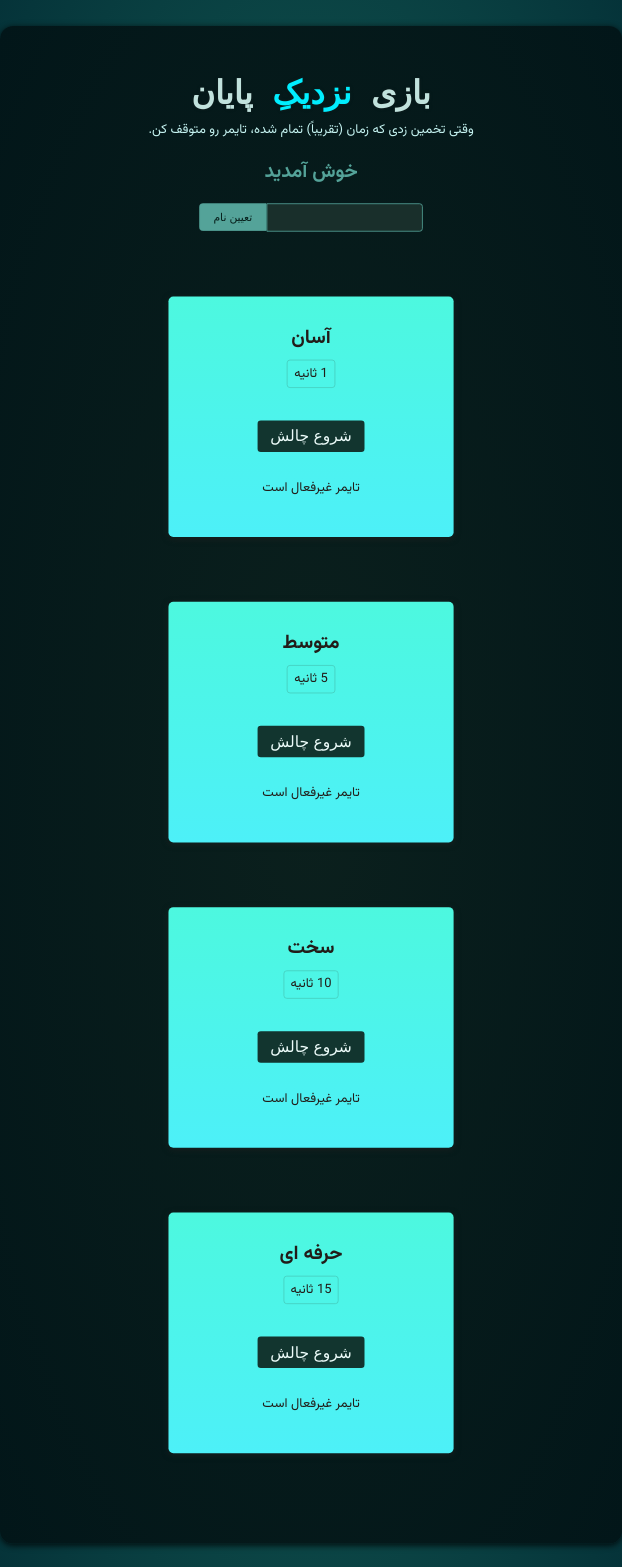
Repository: H-ala/react-near-end
Page: /
An editor plug-in stored every save of this project. The page is shown before and after the next save, followed by the edit.
The browser window is 768 px wide. The pictures show the whole page, at 81% of full size.
The project was rebuilt for these pictures with package versions that can differ from the ones it lists, and the page was loaded fresh each time. Also part of the build but not shown: vite.config.js.

Above is the page before, as saved 2025-10-21 19:49:42.

### index.html
<!DOCTYPE html>
<html lang="en">

<head>
  <meta charset="UTF-8" />
  <link rel="icon" type="image/svg+xml" href="/vite.svg" />
  <meta name="viewport" content="width=device-width, initial-scale=1.0" />
  <title>Refs & Portals</title>
</head>

<body>
  <div id="modal"></div>
  <div id="content">
    <header>
      <h1>بازی <em>نزدیکِ</em> پایان</h1>
      <p>وقتی تخمین زدی که زمان (تقریباً) تمام شده، تایمر رو متوقف کن.</p>
    </header>
    <div id="root"></div>
  </div>
  <script type="module" src="/src/main.jsx"></script>
</body>

</html>

### src/App.jsx
import Player from "./components/Player.jsx";
import TimerChallenge from "./components/TimerChallenge.jsx";

function App() {
  return (
    <>
      <Player />
      <div id="challenges">
        <TimerChallenge title="آسان" targetTime={1} />
        <TimerChallenge title="متوسط" targetTime={5} />
        <TimerChallenge title="سخت" targetTime={10} />
        <TimerChallenge title="حرفه ای" targetTime={15} />
      </div>
    </>
  );
}

export default App;

### src/index.css
@import url("https://fonts.googleapis.com/css2?family=Vazirmatn:wght@400;700&display=swap");

* {
  box-sizing: border-box;
}

body {
  margin: 0;
  font-family: "Vazirmatn", sans-serif;
  -webkit-font-smoothing: antialiased;
  -moz-osx-font-smoothing: grayscale;
  background: radial-gradient(#186a5e, #053339);
  color: #e1eeeb;
  direction: rtl;
  min-height: 100vh;
}

#content {
  max-width: 60rem;
  margin: 2rem auto;
  padding: 2rem;
  background: radial-gradient(#0b201d, #021619);
  border-radius: 16px;
  box-shadow: 0 2px 8px rgba(0, 0, 0, 0.8);
}

h1 {
  font-family: "Handjet", monospace;
  text-align: center;
  text-transform: uppercase;
  color: #c1e2dd;
  text-shadow: 0 0 4px rgba(35, 34, 34, 0.4);
  font-size: 3.5rem;
  margin-bottom: 0.5rem;
}

h1 em {
  font-style: normal;
  color: #00eeff;
}

header p {
  font-size: 1.2rem;
  margin: 0;
  text-align: center;
  color: #c6f4f2;
}

#player {
  text-align: center;
}

#player h2 {
  color: #54a399;
}

#player p {
  display: flex;
  justify-content: center;
  align-items: center;
}

#player input {
  font: inherit;
  border: 1px solid #54a399;
  background-color: #192f2b;
  border-radius: 4px;
  border-top-left-radius: 0;
  border-bottom-left-radius: 0;
  padding: 0.25rem;
  color: #d1f0ec;
}

#player button {
  cursor: pointer;
  background-color: #54a399;
  border: 1px solid #54a399;
  padding: 0.55rem 1rem;
  color: #061e1a;
  border-top-left-radius: 4px;
  border-bottom-left-radius: 4px;
}

#player button:hover {
  background-color: #3c8379;
  border-color: #3c8379;
}

#challenges {
  max-width: 50rem;
  margin: 3rem auto;
  display: flex;
  flex-wrap: wrap;
  gap: 2rem;
}

.challenge {
  width: 22rem;
  display: flex;
  flex-direction: column;
  align-items: center;
  justify-content: center;
  padding: 2rem;
  margin: 2rem auto;
  background: linear-gradient(#4df8df, #4df0f8);
  color: #221c18;
  box-shadow: 0 2px 8px rgba(35, 34, 34, 0.6);
  border-radius: 6px;
}

.challenge button {
  margin-top: 1rem;
  padding: 0.5rem 1rem;
  border: none;
  border-radius: 4px;
  background: #12352f;
  color: #edfcfa;
  font-size: 1.2rem;
  cursor: pointer;
}

.challenge button:hover {
  background: #051715;
}

.challenge h2 {
  font-size: 1.5rem;
  margin: 0;
  text-align: center;
  color: #221c18;
}

.challenge-time {
  border: 1px solid #46cebe;
  border-radius: 4px;
  padding: 0.25rem 0.5rem;
  margin: 0.5rem;
}

.challenge .active {
  animation: flash 1s infinite;
}

.result-modal {
  border: none;
  border-radius: 8px;
  padding: 2rem;
  background-color: #d7fcf8;
}

.result-modal[open] {
  animation: slide-in-from-top 0.35s ease-out;
}

.result-modal::backdrop {
  background: rgba(0, 0, 0, 0.9);
}

.result-modal h2 {
  font-family: "Handjet", monospace;
  margin: 0 0 0.25rem 0;
  font-size: 3rem;
  text-transform: uppercase;
}

.result-modal progress {
  width: 100%;
  height: 1.5rem;
  margin: 0;
  accent-color: #46cebe;
}

.result-modal p {
  margin: 0.5rem 0;
  font-size: 1.2rem;
}

.result-modal p strong {
  color: #10655b;
}

.result-modal form {
  text-align: right;
}

.result-modal button {
  margin-top: 1rem;
  padding: 0.5rem 1rem;
  border: none;
  border-radius: 4px;
  background: #12352f;
  color: #edfcfa;
  font-size: 1.2rem;
  cursor: pointer;
}

.result-modal button:hover {
  background: #051715;
}

@keyframes slide-in-from-top {
  0% {
    transform: translateY(-15%);
    opacity: 0;
  }
  100% {
    transform: translateY(0);
    opacity: 1;
  }
}

@keyframes flash {
  0% {
    opacity: 0.5;
  }
  50% {
    opacity: 1;
  }
  100% {
    opacity: 0.5;
  }
}

@media (max-width: 768px) {
  h1 {
    font-size: 2.5rem;
  }

  header p {
    font-size: 1rem;
  }

  #challenges {
    gap: 1rem;
  }
}

### src/components/Player.jsx
import { useState, useRef } from "react";

export default function Player() {
  const playerName = useRef();
  const [enteredPlayerName, setEnteredPlayerName] = useState("");

  function handleClick() {
    setEnteredPlayerName(playerName.current.value);
    playerName.current.value = "";
  }

  return (
    <section id="player">
      <h2>خوش آمدید {enteredPlayerName ?? "unknown entity"}</h2>
      <p>
        <input
          ref={playerName}
          type="text"
        />
        <button onClick={handleClick}>تعیین نام</button>
      </p>
    </section>
  );
}

### src/components/TimerChallenge.jsx
import { useState, useRef } from "react";
import ResultModal from "./ResultModal";

export default function TimerChallenge({ title, targetTime }) {
  const timer = useRef();
  const dialog = useRef();

  const [timeRemaining, setTimeRemaining] = useState(targetTime * 1000);
  const timerIsActive = timeRemaining > 0 && timeRemaining < targetTime * 1000;

  if (timeRemaining <= 0) {
    clearInterval(timer.current);
    dialog.current.open();
  }

  function handleStart() {
    timer.current = setInterval(() => {
      setTimeRemaining((prevTimeRemaining) => prevTimeRemaining - 10);
    }, 10);
  }

  function handleReset() {
    setTimeRemaining(targetTime * 1000);
  }

  function handleStop() {
    clearInterval(timer.current);
    dialog.current.open();
  }

  return (
    <>
      <ResultModal
        ref={dialog}
        targetTime={targetTime}
        remainingTime={timeRemaining}
        onReset={handleReset}
      />
      <section className="challenge">
        <h2>{title}</h2>
        <p className="challenge-time">
          {targetTime} ثانیه
        </p>
        <p>
          <button onClick={timerIsActive ? handleStop : handleStart}>
            {timerIsActive ? "توقف" : "شروع"} چالش
          </button>
        </p>
        <p className={timerIsActive ? "active" : undefined}>
          {timerIsActive ? "زمان داره میگذره..." : "تایمر غیرفعال است"}
        </p>
      </section>
    </>
  );
}

### src/components/ResultModal.jsx
import { useImperativeHandle, useRef } from "react";
import { createPortal } from "react-dom";

export default function ResultModal({ ref, targetTime, remainingTime, onReset }) {
  const dialog = useRef();

  const userLost = remainingTime <= 0;
  const formattedRemainingTime = (remainingTime / 1000).toFixed(2);
  const score = Math.round((1 - (remainingTime / (targetTime * 1000))) * 100);

  useImperativeHandle(ref, () => {
    return {
      open() {
        dialog.current.showModal();
      },
    };
  });

  return createPortal(
    <dialog ref={dialog} className="result-modal" onClose={onReset}>
      {userLost && <h2>تو باختی!</h2>}
      {!userLost && <h2>امتیاز : {score}</h2>}
      <p>
        زمان تارگت <strong>{targetTime} ثانیه بود. </strong>
      </p>
      <p>
        زمان رو وقتی
        <strong> {formattedRemainingTime} ثانیه مونده بود متوقف کردی. </strong>
      </p>
      <form action="dialog" onSubmit={onReset}>
        <button>بستن</button>
      </form>
    </dialog>,
    document.getElementById("modal")
  );
}

Loaded but not shown: src/main.jsx (common file)

After the next save:
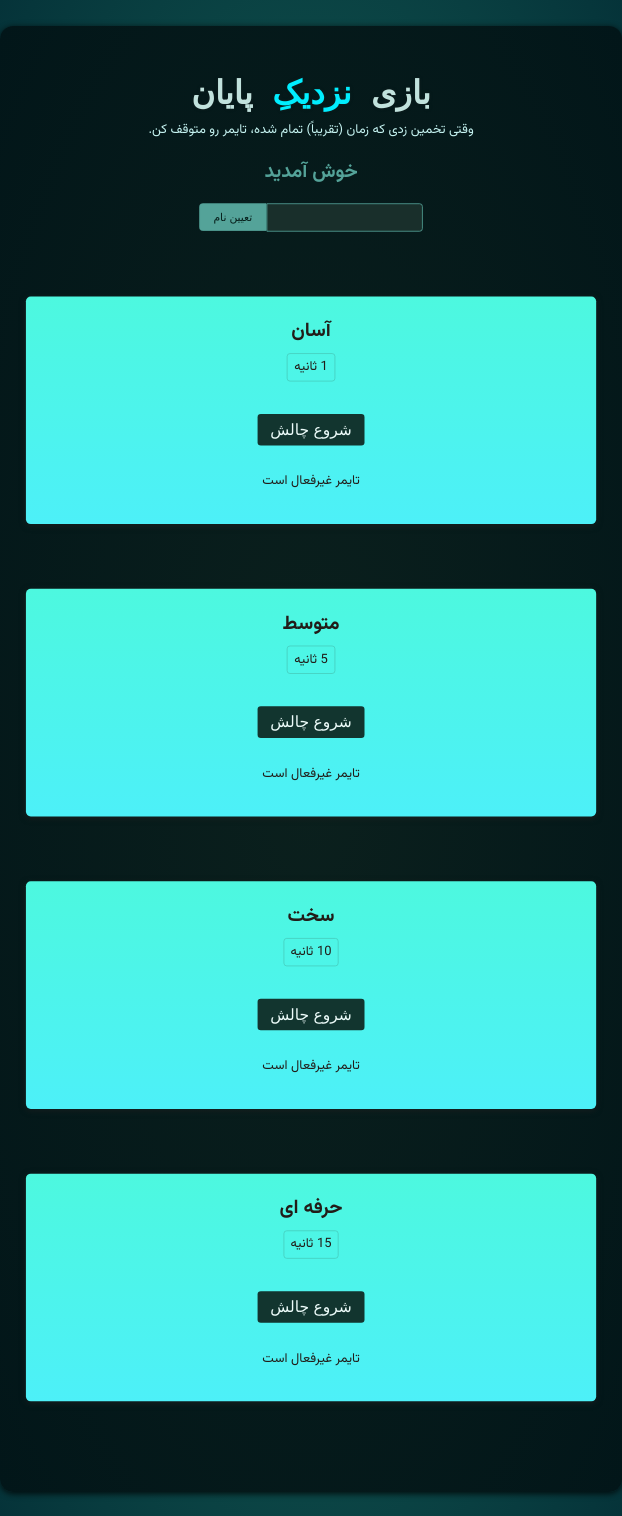
Saved 18 s later.
--- a/src/index.css
+++ b/src/index.css
@@ -233,4 +233,8 @@ header p {
   #challenges {
     gap: 1rem;
   }
-}
+  .challenge {
+    padding: 1.5rem;
+    flex: 1 1 100%;
+  }
+}
